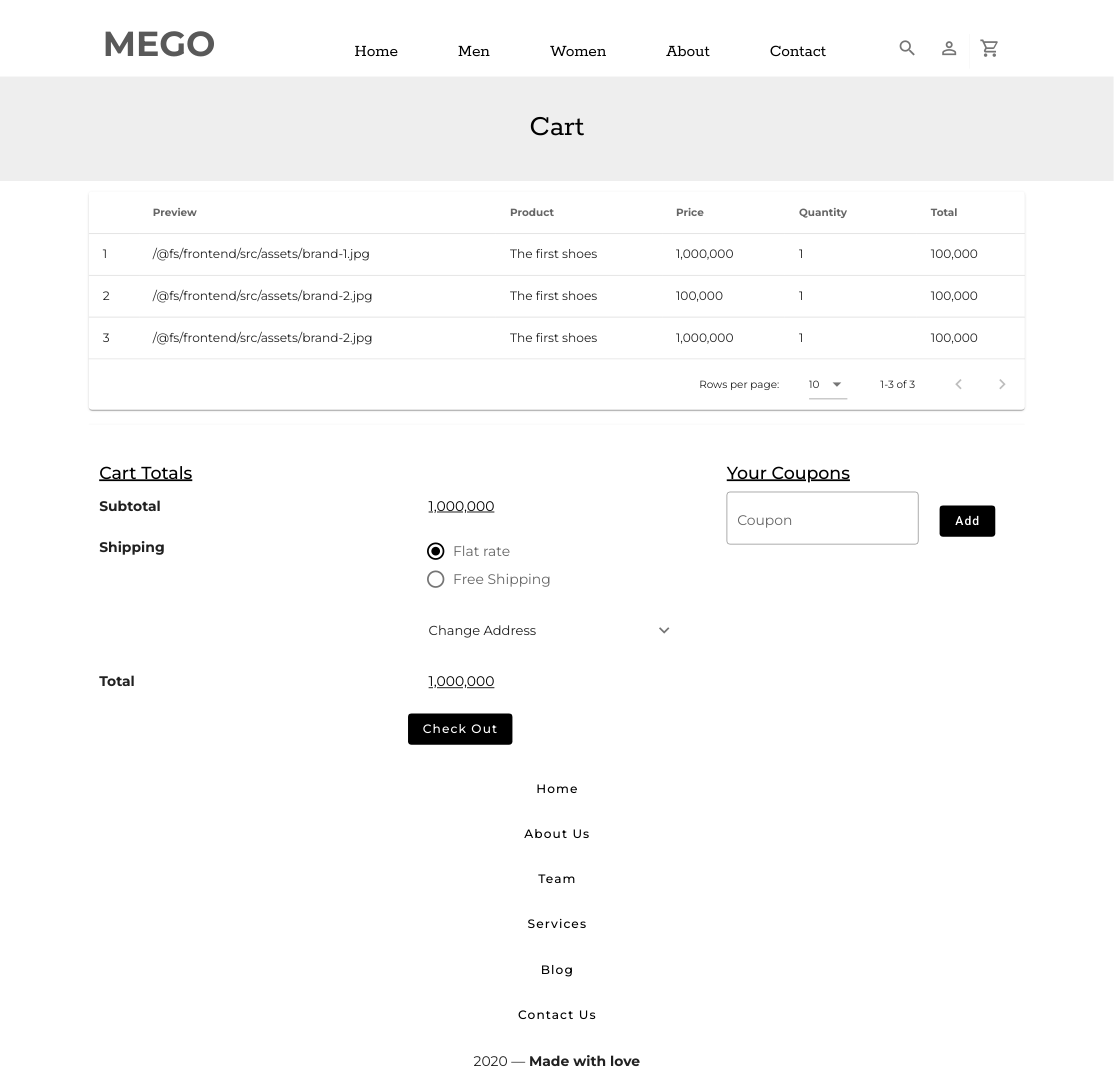
Repository: nguyenphuong152/shoesstore
Page: /cart (app in frontend/)
The author's editor kept a copy of each file at every save. The page is drawn from the files as they stood at one save, then again after the next save.
The browser window is 1280 px wide. The pictures show the whole page, at 87% of full size.
The project was rebuilt for these pictures with package versions that can differ from the ones it lists, and the page was loaded fresh each time. Also part of the build but not shown: frontend/vue.config.js, frontend/src/components/Customer/Collection.vue, frontend/src/components/Customer/Banner.vue, frontend/src/components/Customer/BestSeller.vue, frontend/src/components/Customer/Partner.vue, frontend/src/views/Customer/Home.vue, frontend/src/components/Customer/ProductCategory.vue, frontend/src/components/Customer/ProductView.vue and 10 more. Imported but missing from the stored project, and not drawn on this page: frontend/src/views/Admin/Category.vue, frontend/src/views/Admin/ManageProduct.vue, frontend/src/views/Admin/ManageUser.vue, frontend/src/views/Admin/OrderList.vue.

Above is the page before, as saved 2020-11-28 21:18:21.

### frontend/public/index.html
<!DOCTYPE html>
<html lang="en">
  <head>
    <meta charset="utf-8">
    <head>
      <title>MEGO</title>
    </head>
    <meta http-equiv="X-UA-Compatible" content="IE=edge">
    <meta name="viewport" content="width=device-width,initial-scale=1.0">
    <link rel="icon" href="<%= BASE_URL %>favicon.ico">
    <title><%= htmlWebpackPlugin.options.title %></title>
    <link href="https://fonts.googleapis.com/css?family=Montserrat:300,400,500,600,700" rel="stylesheet">
    <link href="https://fonts.googleapis.com/css?family=Rokkitt:100,300,400,700" rel="stylesheet">
    <link rel="stylesheet" href="https://fonts.googleapis.com/css?family=Roboto:100,300,400,500,700,900">
    <link rel="stylesheet" href="https://cdn.jsdelivr.net/npm/@mdi/font@latest/css/materialdesignicons.min.css">
  </head>
  <body>
    <noscript>
      <strong>We're sorry but <%= htmlWebpackPlugin.options.title %> doesn't work properly without JavaScript enabled. Please enable it to continue.</strong>
    </noscript>
    <div id="app"></div>
    <!-- built files will be auto injected -->
  </body>
</html>

### frontend/src/main.js
import Vue from 'vue'
import App from './App.vue'
import vuetify from './plugins/vuetify';
import router from './router'
import '../sass/style.scss'
import 'bootstrap/dist/css/bootstrap.css'
import 'bootstrap-vue/dist/bootstrap-vue.css'
import { BootstrapVue, IconsPlugin } from 'bootstrap-vue'

Vue.use(BootstrapVue)
// Optionally install the BootstrapVue icon components plugin
Vue.use(IconsPlugin)
Vue.config.productionTip = false

new Vue({
  vuetify,
  router,
  render: h => h(App)
}).$mount('#app')

### frontend/src/App.vue
<template>
  <v-app app>
    <v-container v-if="!['Admin', 'Banner', 'Category','Product','ManageUser','OrderList','Dashboard'].includes($route.name)">
      <Toolbar />
    </v-container>
    <v-main>
      <router-view></router-view>
    </v-main>
      <Footer v-if="!['Admin', 'Banner', 'Category','Product','ManageUser','OrderList','Dashboard'].includes($route.name)"/>
  </v-app>

</template>

<script>

import Footer from "./components/Customer/Footer";
import Toolbar from "./components/Customer/Toolbar";

export default {
  name: "App",

  components: {
    Toolbar,
    Footer
  },

  data: () => ({
    //
  }),
};
</script>

### frontend/src/plugins/vuetify.js
import Vue from 'vue';
import Vuetify from 'vuetify/lib';


Vue.use(Vuetify);

const vuetify = new Vuetify({
    theme: {
      themes: {
        light: {
          primary: '#000',
          secondary: '#b0bec5',
          accent: '#8c9eff',
          error: '#b71c1c',
        },
      },
    },
  })

export default new Vuetify({
    vuetify,
});

### frontend/src/router/index.js
import Vue from "vue";
import VueRouter from "vue-router";
import Home from "../views/Customer/Home.vue";
import Men from "../views/Customer/Men.vue";
import Women from "../views/Customer/Women.vue";
import Admin from "../views/Admin/Admin.vue";
import Product from "../views/Admin/ManageProduct.vue";
import Banner from "../views/Admin/Banner.vue";
import Category from "../views/Admin/Category.vue";
import ManageUser from "../views/Admin/ManageUser.vue";
import OrderList from "../views/Admin/OrderList.vue";
import Dashboard from "../views/Admin/Dashboard.vue"
//import ProductDetail from "../views/ProductDetail.vue"

Vue.use(VueRouter);

const routes = [
  {
    path: "/",
    name: "Home",
    component: Home,
  },
  {
    path: "/men",
    name: "Men",
    component: Men,
  },
  {
    path: "/women",
    name: "Women",
    component: Women,
  },
  {
    path: "/about",
    name: "About",
    // route level code-splitting
    // this generates a separate chunk (about.[hash].js) for this route
    // which is lazy-loaded when the route is visited.
    component: () =>
      import(/* webpackChunkName: "about" */ "../views/Customer/About.vue"),
  },
  {
    path: "/contact",
    name: "Contact",
    component: () =>
      import(/* webpackChunkName: "about" */ "../views/Customer/Contact.vue"),
  },
  {
    path: "/cart",
    name: "Cart",
    component: () =>
      import(/* webpackChunkName: "about" */ "../views/Customer/Cart.vue"),
  },
  {
    path: "/account",
    name: "Account",
    component: () =>
      import(/* webpackChunkName: "about" */ "../views/Customer/Account.vue"),
  },
  {
    path: "/userlogin",
    name: "UserLogin",
    component: () =>
      import(/* webpackChunkName: "about" */ "../views/Customer/UserLogin.vue"),
  },
  {
    path: "/checkout",
    name: "Checkout",
    component: () =>
      import(/* webpackChunkName: "about" */ "../views/Customer/Checkout.vue"),
  },
  {
    path: "/product/:id",
    name: "ProductDetail",
    component: () =>
      import(/* webpackChunkName: "about" */ "../views/Customer/ProductDetail.vue"),
  },
  {
    path: "/admin",
    name: "Admin",
    component: Admin,
    children: [
      {
        path: "/banner",
        name: "Banner",
        component: Banner,
      },
      {
        path: "/category",
        name: "Category",
        component: Category,
      },
      {
        path: "/product",
        name: "Product",
        component: Product,
      },
      {
        path: "/manageuser",
        name: "ManageUser",
        component: ManageUser,
      },
      {
        path: "/orderlist",
        name: "OrderList",
        component: OrderList,
      },
      {
        path: "/dashboard",
        name: "Dashboard",
        component: Dashboard,
      },
    ],
  },
];

const router = new VueRouter({
  mode: "history",
  base: process.env.BASE_URL,
  routes,
});

export default router;

### frontend/sass/style.scss

$font-primary: 'Montserrat',
Arial,
sans-serif;
$font-secondary: 'Rokkitt',
Georgia,
serif;


@import '~vuetify/src/styles/styles.sass';

// Overrides
$grid-gutter-width: 20px !default;
$border-radius-base: 4px !default;
$padding-base-vertical: 14px !default;

$brand-primary: #616161 !default;
$brand-secondary: #88c8bc !default;
$brand-yellow: #FFDD00 !default;
$brand-footer-color: #2C2E3E;

$brand-white: #fff;
$brand-black: #000;
$brand-darker: #444;
$brand-gray: #ccc;
$brand-lighter: #e9e9e9;
$brand-body-color: #e8e8e8;
$brand-selection-color: #f9f6f0;
$brand-overlay-color: #4c4a8a;
$brand-bg-color: $brand-white;

.v-btn {
  text-transform:none !important;
}
// .v-text-field{
//   width: 50px;
//   height: 10px;
// }

#app {
  -webkit-font-smoothing: antialiased;
  -moz-osx-font-smoothing: grayscale;

  text-align: center;
  .container {
    max-width: 1100px;
  }
  font: 300
}

.nav {
  padding-left: 0px;
  a {
    font-size: 20px;
    color: lighten($brand-black,35%);
    font-family: $font-secondary;
    text-decoration: none;
    font-weight: 500;
    &.router-link-exact-active {
      color: #42b983;
    }

  }
}

#logo {
  font-size: 40px;
  font-weight: 700;
  font-family: $font-primary;
  color: lighten($brand-black, 35%);
}


.slogan {
  font-size: 50px;
  color: #2c3e50;
  font-family: $font-secondary;
  text-decoration: none;
}

.title-collection{
  @extend .slogan;
  font-size: 25px;
}


.slogan-3 {
  @extend .slogan;
  font-size: 35px;
}

.title-shoes {
  @extend .slogan;
  font-size: 20px;
}


.footer-text {
  font-family:$font-primary;
  font-size: 16px;
}

.admin {
  font-family: $font-primary;
  font-size:16px;
}

.admin-nav {
  font-family: $font-primary !important;
  font-size: 20px !important;
  color: white !important;
}

### frontend/src/components/Customer/Footer.vue
<template>
  <v-footer class="white" padless>
    <v-row justify="center" no-gutters>
      <v-btn
        v-for="link in links"
        :key="link"
        color="black"
        text
        rounded
        class="my-2 footer-text"
      >
        {{ link }}
      </v-btn>
      <v-col class="white py-4 text-center fluid footer-text" cols="12">
        {{ new Date().getFullYear() }} — <strong>Made with love</strong>
      </v-col>
    </v-row>
  </v-footer>
</template>

<script>
export default {
  data: () => ({
    links: ["Home", "About Us", "Team", "Services", "Blog", "Contact Us"],
  }),
};
</script>

<style></style>

### frontend/src/components/Customer/Toolbar.vue
<template>
  <v-toolbar flat>
    <v-row class="d-flex align-baseline">
      <v-col cols="3" class="d-flex justify-lg-start">
        <v-toolbar-title id="logo">MEGO</v-toolbar-title>
      </v-col>
      <v-col class="d-flex justify-space-around text-start nav">
        <router-link to="/">Home</router-link>
        <router-link to="/men">Men</router-link>
        <router-link to="/women">Women</router-link>
        <router-link to="/about">About</router-link>
        <router-link to="/contact">Contact</router-link>
      </v-col>
      <v-col cols="2" class="d-flex justify-end">
        <v-btn icon>
          <v-icon>mdi-magnify</v-icon>
        </v-btn>
        <v-menu
          open-on-hover
          top
          offset-y
          :position-x="960"
          :position-y="230"
          absolute
        >
          <template v-slot:activator="{ on, attrs }">
            <v-btn icon v-bind="attrs" v-on="on">
              <v-icon>mdi-account-outline</v-icon>
            </v-btn>
          </template>

          <v-list class="text-start nav">
            <v-list-item v-for="(item, index) in routes" :key="index" :to="item.path">
              <v-list-item-title>{{ item.name }}</v-list-item-title>
            </v-list-item>
          </v-list>
        </v-menu>
        <v-divider vertical inset></v-divider>
        <v-btn icon @click="goToCart">
          <v-icon>mdi-cart-outline</v-icon>
        </v-btn>
      </v-col>
    </v-row>
  </v-toolbar>
</template>

<script>
export default {
  data: () => ({
    routes: [
      {
        path:"/checkout",
        name:"Check Out"
       },
       {
        path:"/account",
        name:"My Account"
       },
       {
        path:"/userlogin",
        name:"User Login"
       },

    ],
  }),
  methods: {
     goToCart: function() {
     this.$router.push({name: 'Cart'})
     }
  }
};
</script>

<style></style>

### frontend/src/views/Customer/Cart.vue
<template>
  <div class="cart app">
    <v-sheet color="grey lighten-3" height="120">
      <v-container py-8>
        <a class="slogan-3">Cart</a>
      </v-container>
    </v-sheet>
    <div>
      <v-container>
        <totalProducts />
        <v-divider></v-divider>
        <v-row class=" d-flex align-baseline">
          <v-col>
            <cartTotals />
          </v-col>
          <v-col cols="4">
            <addCoupons />
          </v-col>
        </v-row>
      </v-container>
    </div>
  </div>
</template>

<script>
import totalProducts from "../../components/Customer/TotalProducts";
import addCoupons from "../../components/Customer/AddCoupon";
import cartTotals from "../../components/Customer/CartTotal";

export default {
  components: { totalProducts, addCoupons, cartTotals },
  data() {},
};
</script>

### frontend/src/components/Customer/TotalProducts.vue
<template>

      <v-data-table :headers="headers" :items="products" class="elevation-1 admin">
        <template v-slot:item.preview>
          <v-img
            lazy-src="item.path"
            max-height="100"
            max-width="100"
            src="'item.path'"
          ></v-img>
        </template>
      </v-data-table>


</template>

<script>
export default {
  data() {
    return {
      headers: [
        {
          text: "",
          align: "start",
          sortable: false,
          value: "id",
        },
        { text: "Preview", value: "path" },
        { text: "Product", value: "name" },
        { text: "Price", value: "price" },
        { text: "Quantity", value: "quantity" },
        { text: "Total", value: "total" },
      ],
      products: [
        {
          id: 1,
          path: require('../../assets/brand-1.jpg'),
          name: "The first shoes",
          price: Intl.NumberFormat('en-EN', { maximumSignificantDigits: 3 }).format(1000000),
          quantity: 1,
          total: Intl.NumberFormat('en-EN', { maximumSignificantDigits: 3 }).format(100000),
        },
        {
          id: 2,
          path: require('../../assets/brand-2.jpg'),
          name: "The first shoes",
          price:Intl.NumberFormat('en-EN', { maximumSignificantDigits: 3 }).format(100000),
          quantity: 1,
          total: Intl.NumberFormat('en-EN', { maximumSignificantDigits: 3 }).format(100000)
        },
        {
         id: 3,
          path: require('../../assets/brand-2.jpg'),
          name: "The first shoes",
          price: Intl.NumberFormat('en-EN', { maximumSignificantDigits: 3 }).format(1000000),
          quantity: 1,
          total:Intl.NumberFormat('en-EN', { maximumSignificantDigits: 3 }).format(100000),
        },
      ],
    };
  },
};
</script>

<style></style>

### frontend/src/components/Customer/AddCoupon.vue
<template>
  <div class="app text-start">
      <a class="admin-nav font-weight-medium black--text">Your Coupons</a>
      <v-row class="d-flex align-baseline">
           <v-col
          cols="8"
        >
          <v-text-field
          class="admin"
            label="Coupon"
            outlined
          ></v-text-field>
        </v-col>
         <v-col
        >
           <v-btn
      depressed
      color="primary"
    >
      Add
    </v-btn>
        </v-col>
      </v-row>
  </div>
</template>

<script>
export default {

}
</script>

<style>

</style>

### frontend/src/components/Customer/CartTotal.vue
<template>
  <v-container class="text-start admin">
    <a class="admin-nav font-weight-medium black--text">Cart Totals</a>
    <v-row>
      <v-col>
        <strong> Subtotal</strong>
      </v-col>
      <v-col>
        <a class="pl-6">{{
          Intl.NumberFormat("en-EN", { maximumSignificantDigits: 3 }).format(
            1000000
          )
        }}</a>
      </v-col>
    </v-row>
    <v-row>
      <v-col>
        <strong> Shipping</strong>
      </v-col>
      <v-col>
        <v-radio-group v-model="radioGroup" class=" ma-0 pl-5">
          <v-radio
            v-for="shipping in shippings"
            :key="shipping"
            :label="shipping.label"
            :value="shipping.value"
          ></v-radio>
        </v-radio-group>

        <v-expansion-panels flat dense>
          <v-expansion-panel class="admin text-start pa-0">
            <v-expansion-panel-header>
              Change Address
            </v-expansion-panel-header>
            <v-expansion-panel-content>
              <v-combobox
                class="admin text-start"
                v-model="select"
                :items="items"
                dense
                filled
                solo
                flat
              ></v-combobox>
              <v-text-field label="City" outlined></v-text-field>
              <v-text-field label="Postcode/ZIP" outlined></v-text-field>
              <v-btn depressed color="primary">
                Update
              </v-btn>
            </v-expansion-panel-content>
          </v-expansion-panel>
        </v-expansion-panels>
      </v-col>
    </v-row>
    <v-row>
      <v-col>
        <strong> Total</strong>
      </v-col>
      <v-col>
        <a class="pl-6">{{
          Intl.NumberFormat("en-EN", { maximumSignificantDigits: 3 }).format(
            1000000
          )
        }}</a>
      </v-col>
    </v-row>
    <v-row>
      <v-col></v-col>
      <v-col ml-4 >
        <v-btn depressed color="primary" >
          Check Out
        </v-btn>
      </v-col>
    </v-row>
  </v-container>
</template>

<script>
export default {
  data() {
    return {
      radioGroup: 1,
      shippings: [
        {
          label: "Flat rate",
          value: 1,
        },
        {
          label: "Free Shipping",
          value: 2,
        },
      ],
      select: ["Viet Nam"],
      items: ["US", "UK", "AUS", "CANADA"],
    };
  },
};
</script>

<style></style>

After the next save:
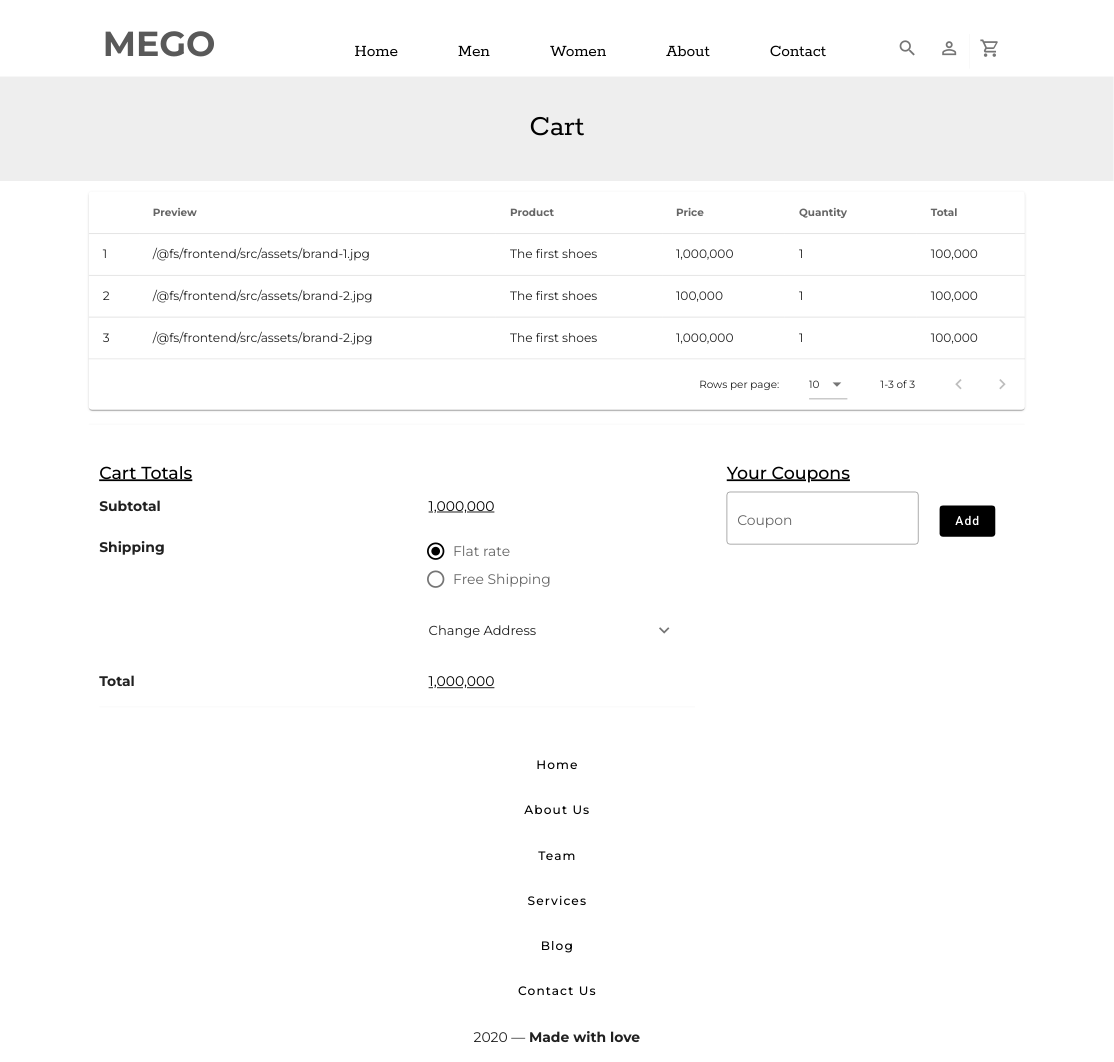
Saved 20 s later.
--- a/frontend/src/components/Customer/CartTotal.vue
+++ b/frontend/src/components/Customer/CartTotal.vue
@@ -64,14 +64,7 @@
         }}</a>
       </v-col>
     </v-row>
-    <v-row>
-      <v-col></v-col>
-      <v-col ml-4 >
-        <v-btn depressed color="primary" >
-          Check Out
-        </v-btn>
-      </v-col>
-    </v-row>
+    <v-divider></v-divider>
   </v-container>
 </template>
 
